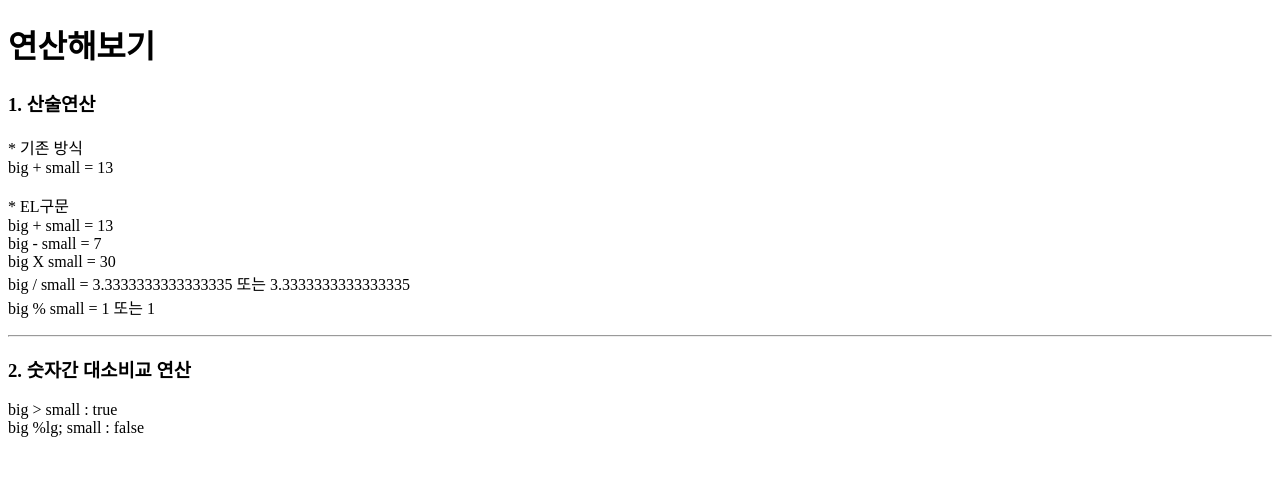
Repository: judeyong/myWebWorkSpace2
Page: http://localhost/Action_Project/operation.do
An editor plug-in stored every save of this project. The page is shown before and after a run of saves, followed by the edit.
The browser window is 1280 px wide. The pictures show the whole page.
The page is served by Tomcat 9. Other server files are loaded and not shown.

Above is the page before, as saved 2024-04-03 02:17:58.

### Action_Project/WebContent/views/02_elOperation.jsp
<%@ page language="java" contentType="text/html; charset=UTF-8"
    pageEncoding="UTF-8"%>
<!DOCTYPE html>
<html>
<head>
<meta charset="UTF-8">
<title>Insert title here</title>
</head>
<body>

	<h1>연산해보기</h1>
	<h3>1. 산술연산</h3>

	<p>
		* 기존 방식 <br>
		big + small = <%= (int)request.getAttribute("big") + (int)request.getAttribute("small") %>
	</p>

	<p>
		* EL구문<br>
		big + small = ${ big + small } <br>
		big - small = ${ big - small } <br>
		big X small = ${ big * small } <br>
		big / small = ${ big / small } 또는 ${ big div small }<br>
		big % small = ${ big % small } 또는 ${ big mod small }<br>
	</p>

	<hr>

	<h3>2. 숫자간 대소비교 연산</h3>

	<p>
		big &gt; small : ${ big > small } <br>
		big %lg; small : ${ big < small } <br>

	</p>































</body>
</html>

### Action_Project/src/com/kh/controller/OperationServlet.java
package com.kh.controller;

import java.io.IOException;
import java.util.ArrayList;

import javax.servlet.ServletException;
import javax.servlet.annotation.WebServlet;
import javax.servlet.http.HttpServlet;
import javax.servlet.http.HttpServletRequest;
import javax.servlet.http.HttpServletResponse;

import com.kh.model.vo.Person;

/**
 * Servlet implementation class OperationServlet
 */
@WebServlet("/operation.do")
public class OperationServlet extends HttpServlet {
	private static final long serialVersionUID = 1L;

    /**
     * @see HttpServlet#HttpServlet()
     */
    public OperationServlet() {
        super();
        // TODO Auto-generated constructor stub
    }

	/**
	 * @see HttpServlet#doGet(HttpServletRequest request, HttpServletResponse response)
	 */
	protected void doGet(HttpServletRequest request, HttpServletResponse response) throws ServletException, IOException {

		// 테스트 할 수 있는 값 넘기기
		request.setAttribute("big", 10);
		request.setAttribute("small", 3);

		request.setAttribute("strOne", "안녕");
		request.setAttribute("strTwo", new String("안녕"));

		request.setAttribute("personOne", new Person("홍길동", 15, "한양"));
		request.setAttribute("personTwo", null);

		ArrayList<String> list1 = new ArrayList();
		request.setAttribute("listOne", list1);

		ArrayList<String> list2 = new ArrayList();
		list2.add("ㅎㅇ");
		request.setAttribute("listTwo", list2);

		// 일단 여기까지 requestScope에 총 8개의 값을 담았음
		request.getRequestDispatcher("views/02_elOperation.jsp").forward(request, response);

	}

	/**
	 * @see HttpServlet#doPost(HttpServletRequest request, HttpServletResponse response)
	 */
	protected void doPost(HttpServletRequest request, HttpServletResponse response) throws ServletException, IOException {
		// TODO Auto-generated method stub
		doGet(request, response);
	}

}

### Action_Project/src/com/kh/model/vo/Person.java
package com.kh.model.vo;

public class Person {

	private String name;
	private int age;
	private String address;

	public Person() {
		super();
	}

	public Person(String name, int age, String address) {
		super();
		this.name = name;
		this.age = age;
		this.address = address;
	}

	public String getName() {
		return name;
	}

	public void setName(String name) {
		this.name = name;
	}

	public int getAge() {
		return age;
	}

	public void setAge(int age) {
		this.age = age;
	}

	public String getAddress() {
		return address;
	}

	public void setAddress(String address) {
		this.address = address;
	}

	@Override
	public String toString() {
		return "Person [name=" + name + ", age=" + age + ", address=" + address + "]";
	}

}

After the next 2 saves:
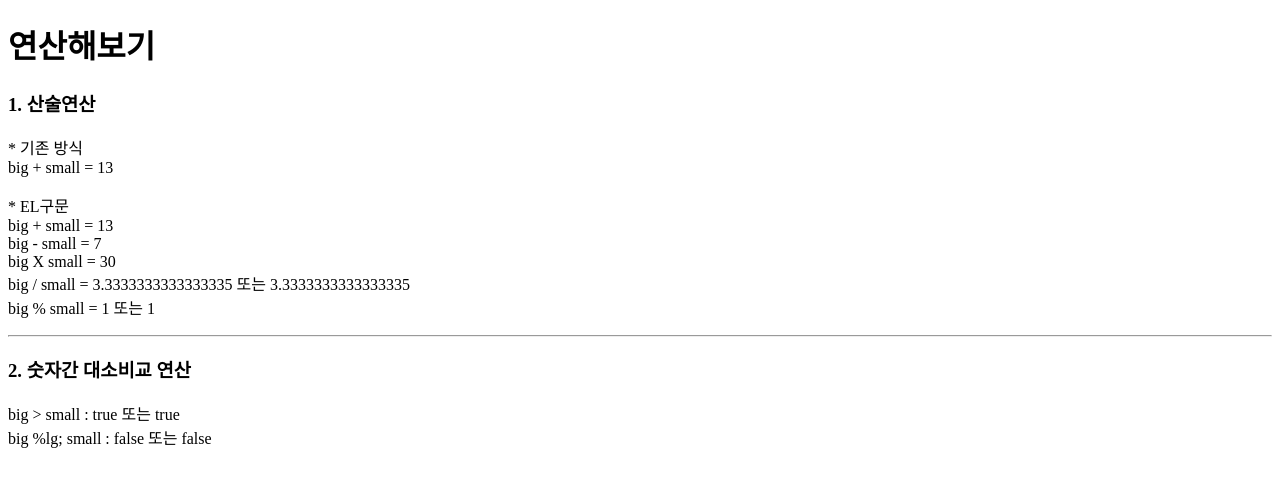
The 2 saves are shown as one change because 1 did not build or start.
The last was saved 54 s later.
--- a/Action_Project/WebContent/views/02_elOperation.jsp
+++ b/Action_Project/WebContent/views/02_elOperation.jsp
@@ -30,8 +30,8 @@
 	<h3>2. 숫자간 대소비교 연산</h3>
 
 	<p>
-		big &gt; small : ${ big > small } <br>
-		big %lg; small : ${ big < small } <br>
+		big &gt; small : ${ big > small } 또는 ${ big gt small }<br>
+		big %lg; small : ${ big < small } 또는 ${ gib lt small }<br>
 
 	</p>
 
